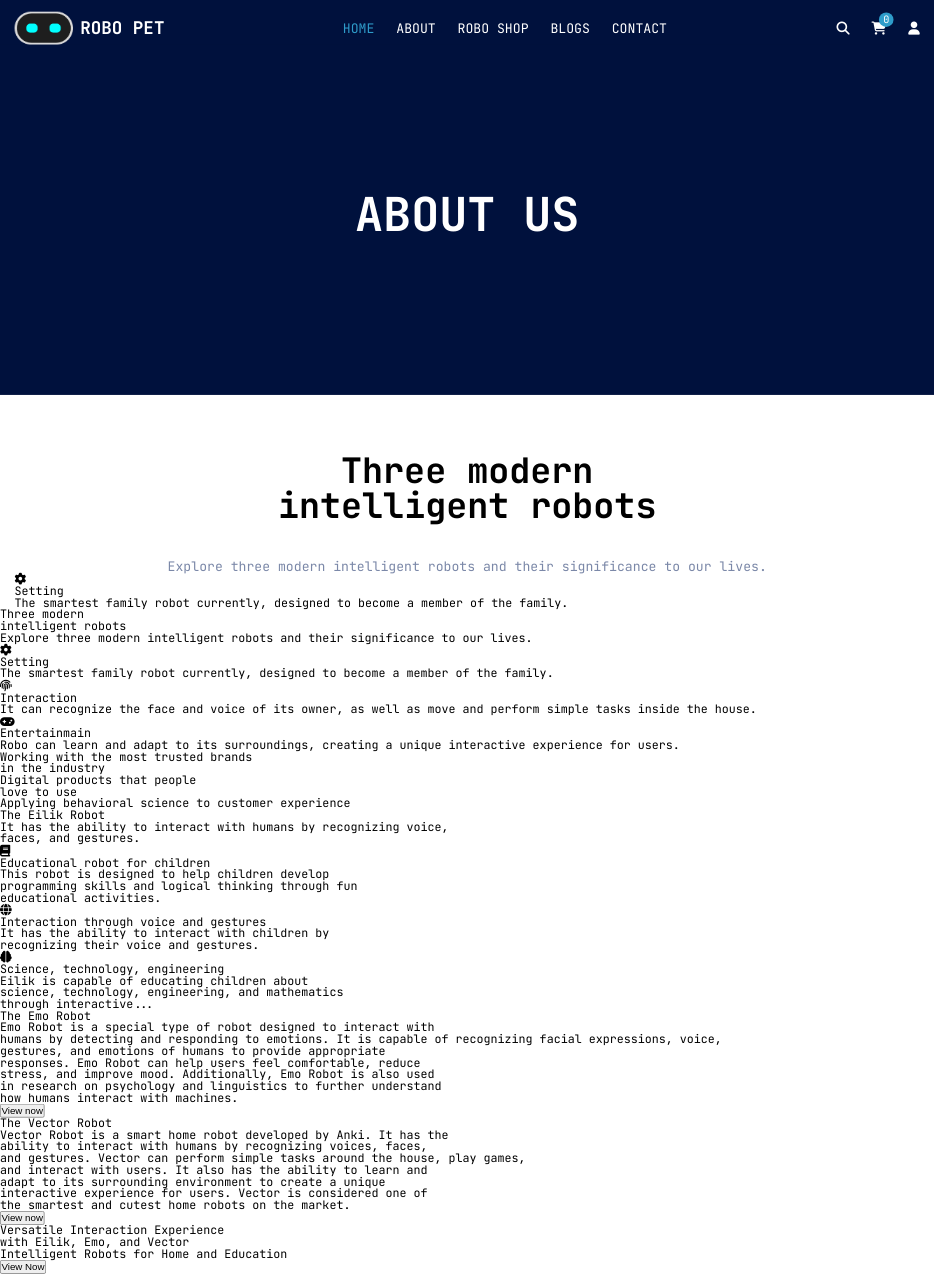
Repository: trietle101/du-an-1
Page: http://localhost/about.html
An editor plug-in stored every save of this project. The page is shown before and after the next save, followed by the edit.
The browser window is 1280 px wide. The pictures show the whole page, at 73% of full size.
Some web libraries are served in a nearby version. The page is run by PHP 8.4 with error messages shown; the project is at /var/www/html/.

Above is the page before, as saved 2023-03-12 22:20:29.

After the next save:
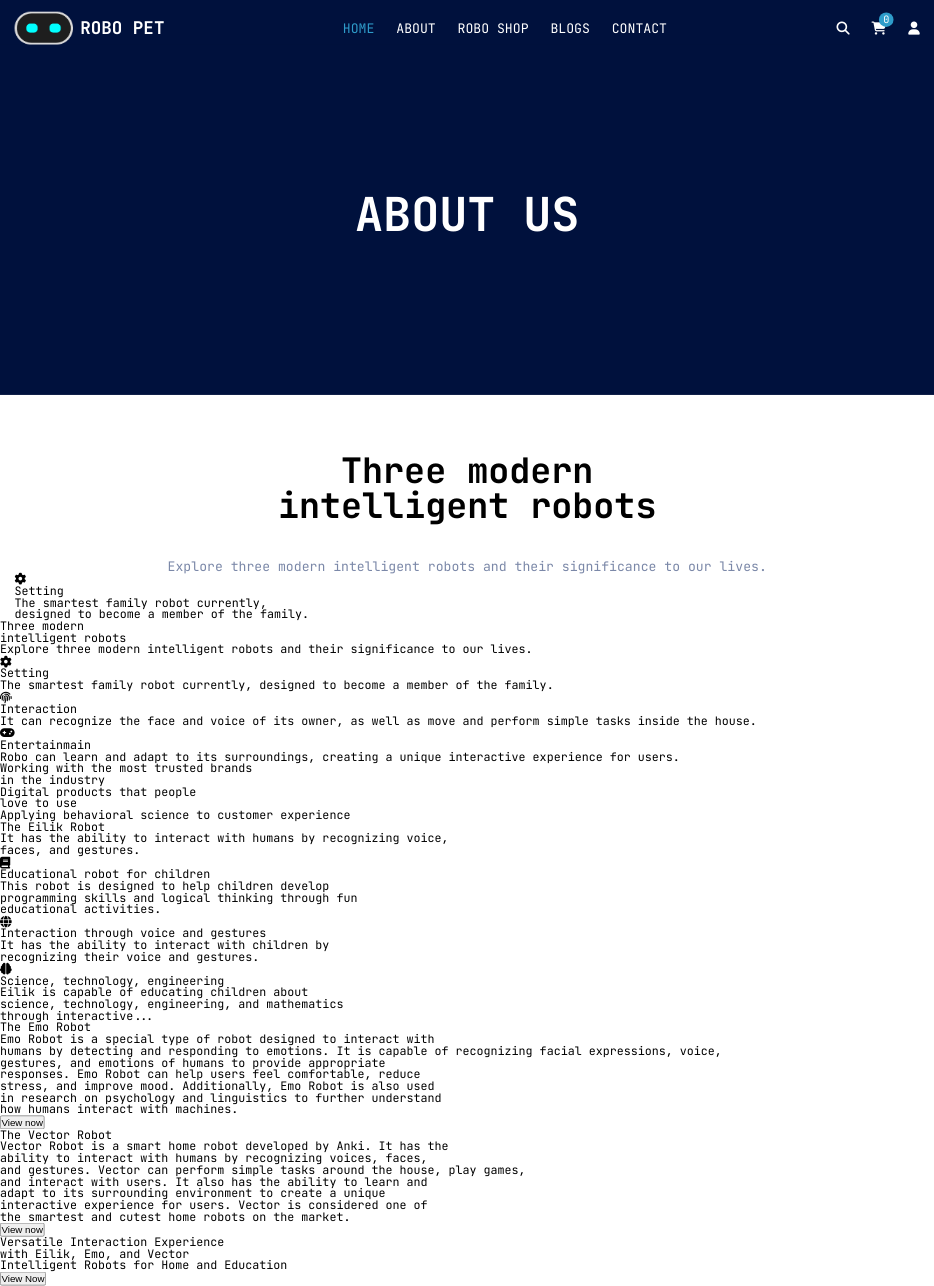
Saved 64 s later.
--- a/assets/css/about.css
+++ b/assets/css/about.css
@@ -143,3 +143,6 @@
   align-items: center;
   flex-wrap: nowrap;
 }
+.modern-item {
+  max-width: 33.33%;
+}
